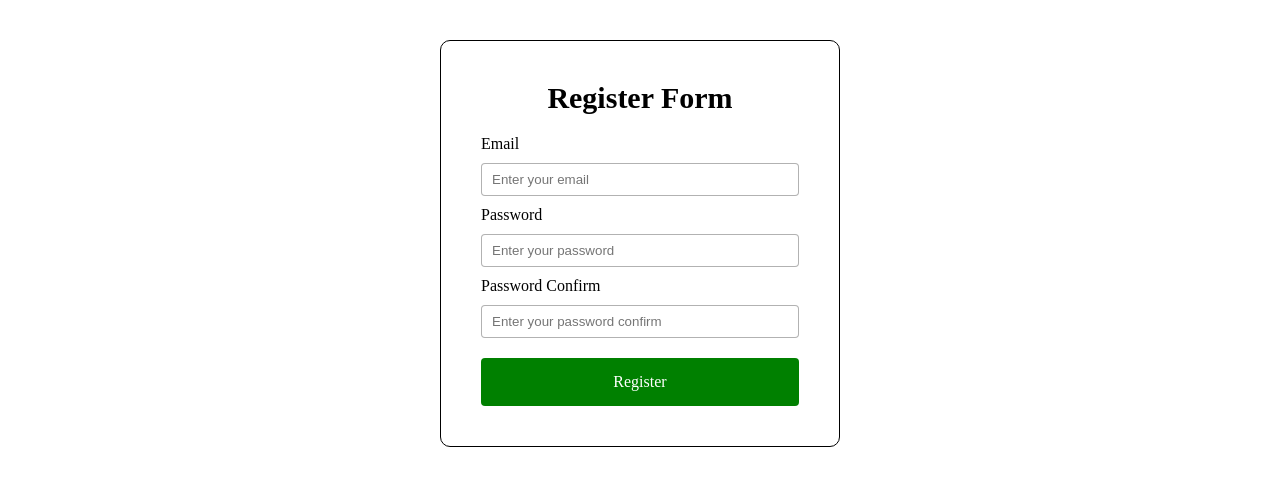
Repository: nptg3105/Register-form
Page: index.html
These files come from the project's save history. The page is drawn as it stood at one moment and after a run of saves; the edit follows.
The browser window is 1280 px wide. The pictures show the whole page.
Some web libraries are served in a nearby version.

Above is the page before, as saved 2022-01-05 21:59:39.

### index.html
<!DOCTYPE html>
<html lang="en">
  <head>
    <meta charset="UTF-8" />
    <meta http-equiv="X-UA-Compatible" content="IE=edge" />
    <meta name="viewport" content="width=device-width, initial-scale=1.0" />
    <title>Document</title>
    <link rel="stylesheet" href="style.css" />
  </head>
  <body>
    <div id="register-form"></div>

    <script
      src="https://unpkg.com/react@17/umd/react.production.min.js"
      crossorigin
    ></script>
    <script
      src="https://unpkg.com/react-dom@17/umd/react-dom.production.min.js"
      crossorigin
    ></script>
    <script src="https://unpkg.com/babel-standalone@6/babel.min.js"></script>
    <script type="text/babel" src="main.js"></script>
  </body>
</html>

### style.css
* {
  box-sizing: border-box;
  margin: 0;
  padding: 0;
}
.register {
  background-color: #fff;
  max-width: 400px;
  margin: 40px auto;
  padding: 40px;
  border: 1px solid #000;
  border-radius: 10px;
}
.title {
  text-align: center;
  font-weight: bold;
  font-size: 30px;
  margin-bottom: 20px;
}
#email,
#password,
#password-confirm {
  margin: 10px 0;
  width: 100%;
  padding: 8px 50px 8px 10px;
  border-radius: 4px;
  border: 1px solid rgba(0, 0, 0, 0.3);
}
.btn {
  text-decoration: none;
  background-color: #008000;
  text-align: center;
  color: white;
  width: 100%;
  display: block;
  padding: 15px 0;
  margin-top: 10px;
  border-radius: 4px;
}

### main.js
const registerForm = document.querySelector("#register-form");
const form = (
  <div className="register">
    <h2 className="title">Register Form</h2>
    <form>
      <label for="email">Email</label>
      <br />
      <input
        placeholder="Enter your email"
        type="email"
        id="email"
        name="mail"
      />
      <br />
      <label for="password">Password</label>
      <br />
      <input
        placeholder="Enter your password"
        type="password"
        id="password"
        name="pass"
      />
      <br />
      <label for="password-confirm">Password Confirm</label>
      <br />
      <input
        placeholder="Enter your password confirm"
        type="password"
        id="password-confirm"
        name="pass-confirm"
      />
    </form>
    <a href="#" className="btn">
      Register
    </a>
  </div>
);
ReactDOM.render(form, registerForm);

After the next 3 saves:
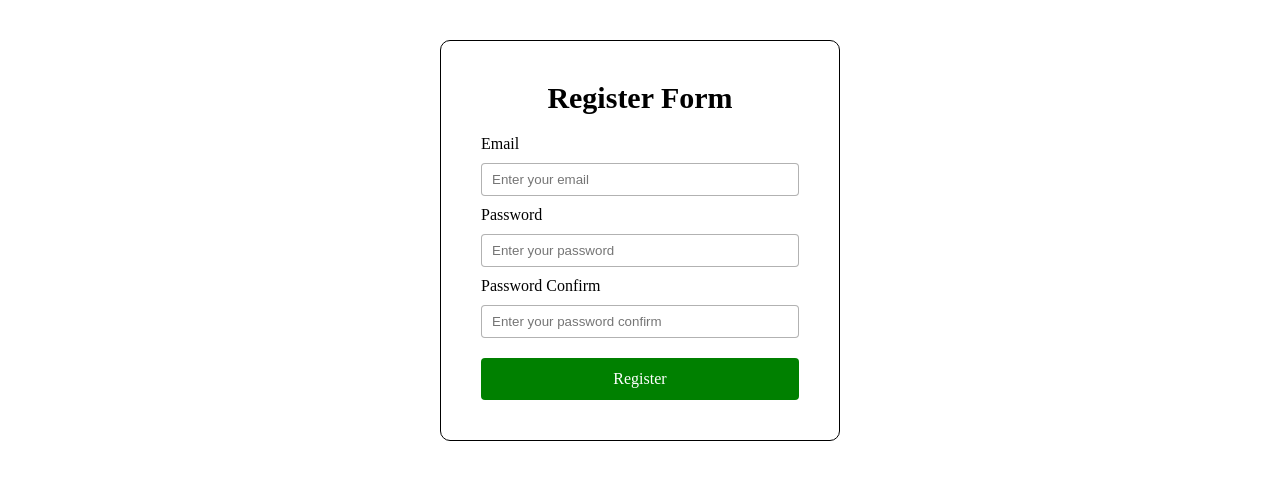
The 3 saves are shown as one change because they came seconds apart.
The last was saved 9 s later.
--- a/style.css
+++ b/style.css
@@ -33,7 +33,7 @@
   color: white;
   width: 100%;
   display: block;
-  padding: 15px 0;
+  padding: 12px 0;
   margin-top: 10px;
   border-radius: 4px;
 }
